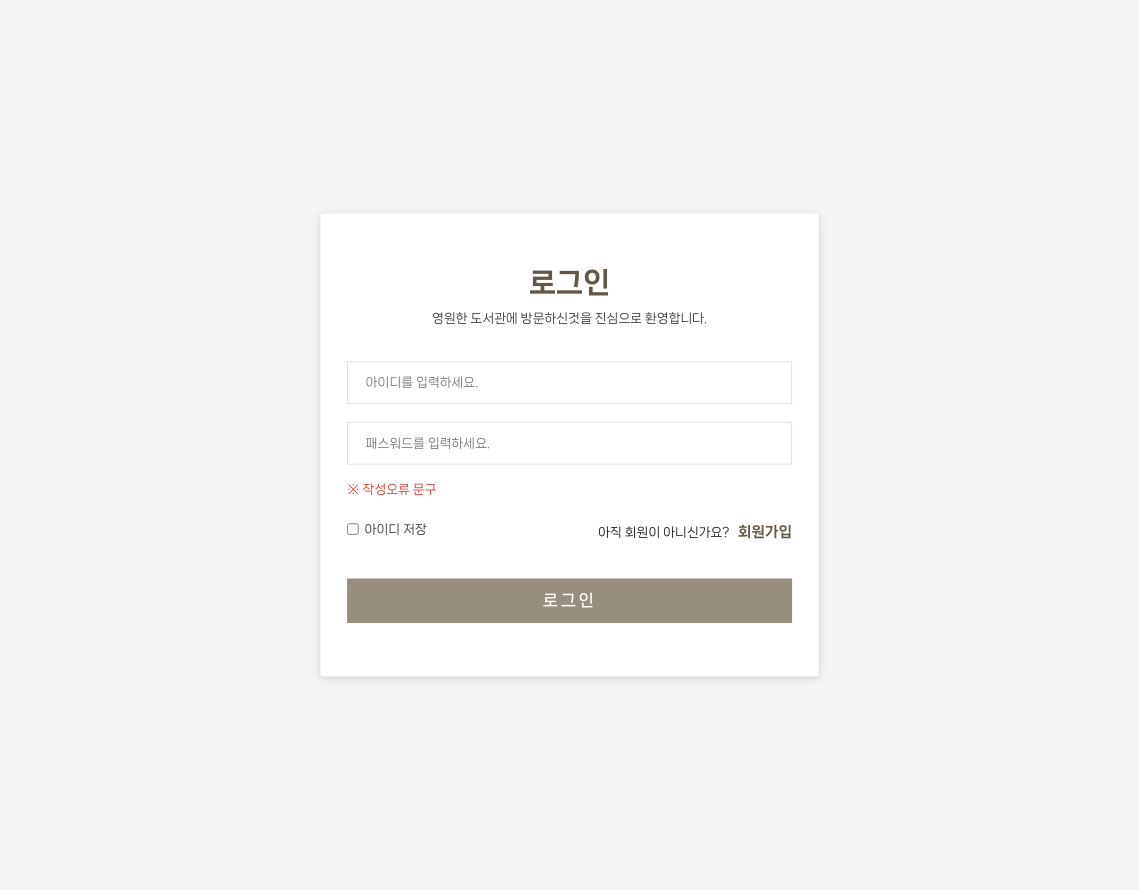
Repository: PacJ/spring_project
Page: http://localhost/spring_project/WEB-INF/views/user/login.jsp
The author's editor kept a copy of each file at every save. The page is drawn from the files as they stood at one save, then again after the next save.
The browser window is 1280 px wide. The pictures show the whole page, at 89% of full size.
The page is served by Tomcat 9. Nobody is signed in. The template is opened directly, without the code that normally fills it, so the values that code supplies are empty.

Above is the page before, as saved 2023-03-07 02:07:27.
Console error: SyntaxError: Invalid or unexpected token

After the next save:
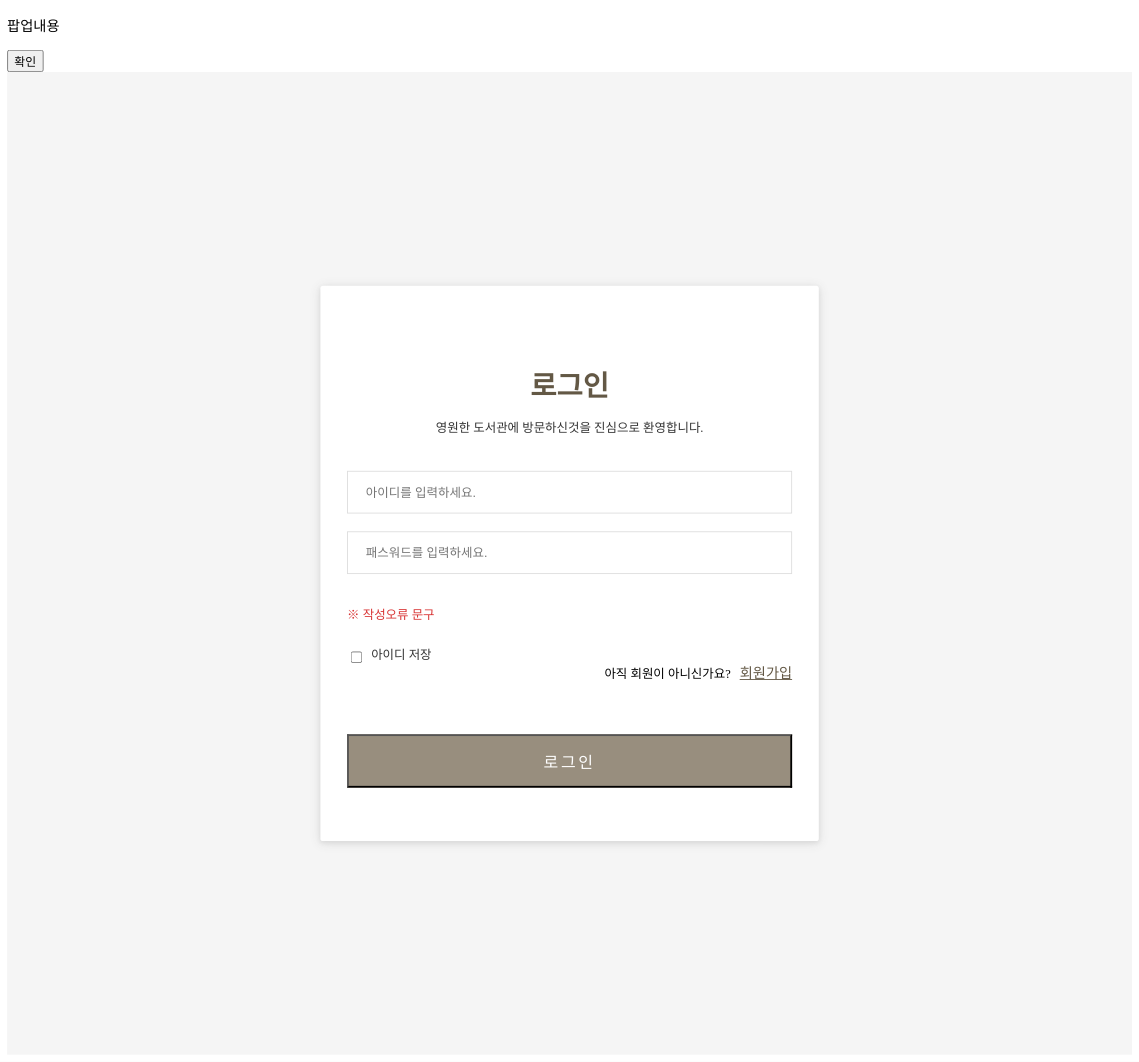
Saved 9 min 56 s later.
--- a/spring_project/src/main/webapp/WEB-INF/views/user/login.jsp
+++ b/spring_project/src/main/webapp/WEB-INF/views/user/login.jsp
@@ -11,9 +11,8 @@
 #({dto.userPw.matches=}) =
 </script>
 <!-- style -->
-   <link rel="stylesheet" href="resources/css/common.css" />
-   <link rel="stylesheet" href="resources/css/main.css" />
-   <link rel="stylesheet" href="resources/css/sign.css" />
+<link href="${pageContext.request.contextPath}/resources/css/sign.css"
+    rel="stylesheet">
 </head>
 	<!-- 공통팝업 -->
     <section class="popup_back">

After the save that followed:
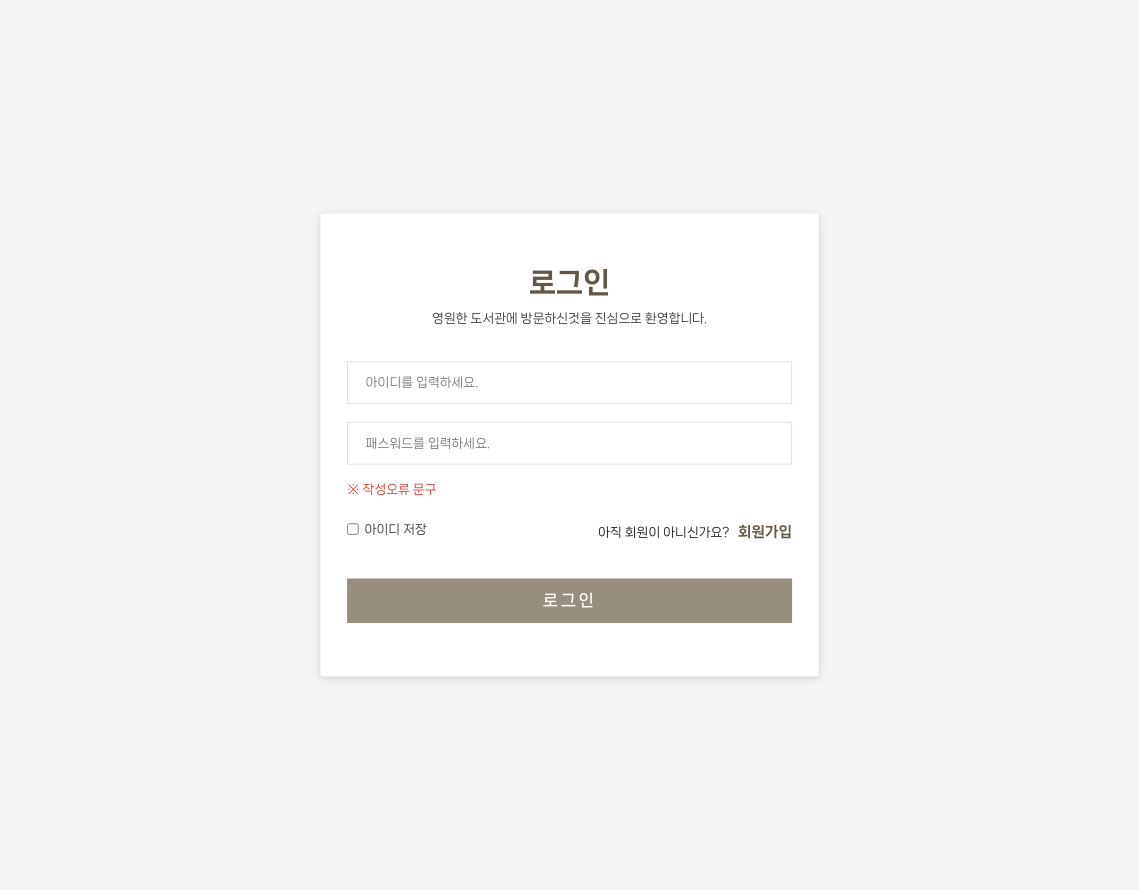
Saved 20 s later.
--- a/spring_project/src/main/webapp/WEB-INF/views/user/login.jsp
+++ b/spring_project/src/main/webapp/WEB-INF/views/user/login.jsp
@@ -12,6 +12,10 @@
 </script>
 <!-- style -->
 <link href="${pageContext.request.contextPath}/resources/css/sign.css"
+    rel="stylesheet">
+    <link href="${pageContext.request.contextPath}/resources/css/main.css"
+    rel="stylesheet">
+    <link href="${pageContext.request.contextPath}/resources/css/common.css"
     rel="stylesheet">
 </head>
 	<!-- 공통팝업 -->
